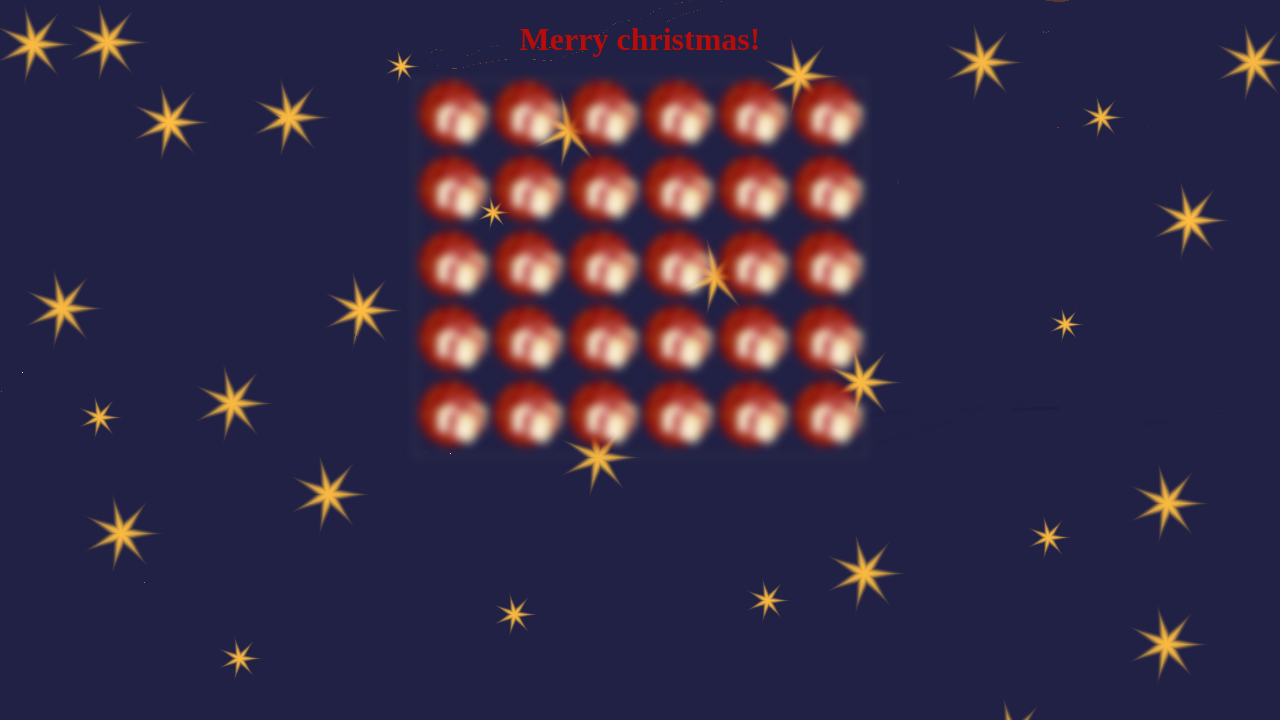
Repository: Angamanga/1dv403-laborationer
Page: 3-gameon/memory/index.html
The author's editor kept a record of every edit. The page is drawn from the files as they stood at one moment, then again after the next edit.
The browser window is 1280 px wide. The pictures show the whole page.
Some web fonts or font styles are not loaded; a fallback is used.

Above is the page before.

### 3-gameon/memory/index.html
<!doctype html>
<html lang="sv">

<head>
    <meta charset="utf-8" />
    <title>Game On!</title>
    <link href='//fonts.googleapis.com/css?family=Mountains+of+Christmas' rel='stylesheet' type='text/css'>
    <link rel="stylesheet" media="screen and (min-width:501px)" href="css/style.css">
    <link rel="stylesheet" media="screen and (max-width:500px)" href="css/mobile.css">
    <meta name="viewport" content="width=device-width, minimum-scale=1">



</head>

<body>
    <main>
        <h1>Merry christmas!</h1>

            <div id="game1"></div>
            <!--<div id="game2"></div>-->


    </main>
     <script src="js/random.js"></script>
     <script src="js/brick.js"></script>
    <script src="js/memory.js"></script>
    <script src="js/script.js"></script>
</body>
</html>

### 3-gameon/memory/css/style.css
/*@media screen and (min-width: 501px)*/
body{
    font-family: 'Mountains of Christmas', cursive;
    background:url(christmassy.png);
    background-color:#E6C79C;
    color:#B80C09;
}

main{
    max-width:960px;

    margin:auto;
    text-align:center;
}
#game1{
     background:url(christmassy.png)
     -webkit-filter: blur(5px);
  -moz-filter: blur(5px);
  -o-filter: blur(5px);
  -ms-filter: blur(5px);
  filter: blur(5px);
     overflow:hidden;
    background:
    margin:20px;
    margin:0 auto;
    border: 1px dotted grey;
}

#game2{

    margin:0 auto;
    border: 1px dotted grey;
}
#game1 > div, #game2>div{
    float:left;
    width:75px;
    height:75px
}

/*#game1, #game2 > div{*/
/*    background: url(/pics/back.jpg) no-repeat;*/
/*}*/

### 3-gameon/memory/js/random.js

var RandomGenerator = {

	/*
		Denna metod tar antalet rader och columner som inparameter.

		Metoden returnerar en array inneh�llandes utslumpade tal mellan 1 och (rows*cols)/2. Varje tal representeras tv�
		g�nger och motsvarar s�ledes en spelbricka.

		I en 4*4 matris kan Arrayen t.ex. se ut s� h�r:
		[1,2,6,8,6,2,5,3,1,3,7,5,8,4,4,7]

		I en 2*4 matris kan Arrayen t.ex. se ut s� h�r:
		[3,4,4,1,2,1,2,3]
	*/

	getPictureArray: function(rows, cols)
	{
		var numberOfImages = rows*cols;
		var maxImageNumber = numberOfImages/2;

	   	var imgPlace = [];

	   //Utplacering av bilder i Array
	   for(var i=0; i<numberOfImages; i++)
		  imgPlace[i] = 0;

		for(var currentImageNumber=1; currentImageNumber<=maxImageNumber; currentImageNumber++)
		{
			var imageOneOK = false;
			var imageTwoOK = false;

			do
			{
				if(imageOneOK == false)
				{
					var randomOne = Math.floor( (Math.random() * (rows*cols-0) + 0) );

					if( imgPlace[randomOne] == 0 )
					{
						imgPlace[randomOne] = currentImageNumber;
						imageOneOK = true;
					}
				}

				if(imageTwoOK == false)
				{
					var randomTwo = Math.floor( (Math.random() * (rows*cols-0) + 0) );

					if( imgPlace[randomTwo] == 0 )
					{
						imgPlace[randomTwo] = currentImageNumber;
						imageTwoOK = true;
					}
				}
			}
			while(imageOneOK == false || imageTwoOK == false);
		}

		return imgPlace;
	}
}

### 3-gameon/memory/js/brick.js
"use strict";
function Brick(id){

	this.getBrickID = function(){
		return id;
	};
	this.getBrickSrc= function(){
		return "pics/" + id +".png";
	}


	}

### 3-gameon/memory/js/memory.js
"use strict";

var Memory = function(rows, cols, gameID) {
    this.rows = rows; // antal rader
    this.cols = cols; // antal kolumner
    this.gameID = gameID; //hanvisning till div id
    this.order = RandomGenerator.getPictureArray(rows, cols); //array med slumpade nummer
    this.bricks = []; //array med brickor som ska anvandas
    this.flippedBricks = [];
    this.counter = 0;
    this.nbCorrectGuesses = 0;
    this.classID;
    this.nbGuesses = 0;

};

Memory.prototype.flipBrick = function(n, backImage) {
        if (this.counter === 0) {
            this.flippedBricks.push(this.bricks[n].getBrickID());
            this.classID = n;

            return this.bricks[n].getBrickSrc();
        }
        else if (this.counter === 1) {
            this.flippedBricks.push(this.bricks[n].getBrickID());
            return this.bricks[n].getBrickSrc();
        }
    }
    //         else if(this.counter===1){
    //             backImage.src = this.bricks[n].getBrickSrc();
    //             this.brick2=this.bricks[n].getBrickID();
    //           var brick1=document.getElementsByClassName(this.classID);
    //         //     if(this.brick1.getBrickID()===this.brick2.getBrickID()){
    //         //     this.nbCorrectGuesses+2;
    //         //     if(this.nbCorrectGuesses===this.bricks.length){
    //         //     alert("Du klarade det pa " +this.nbCorrectGuesses/2+" gissningar!");
    //         //  }
    //         // else{
    //      setTimeout(function() {
    //         backImage.src = "pics/back.png";
    //         brick1.backImage.src="pics/back.png";
    //      }, 700);
    //      this.counter=0;

//     //     }
//     //   };

//             }
//         }.bind(this);


//   };

Memory.prototype.addBricks = function(n) {
    var memBoard = document.getElementById(this.gameID);
    memBoard.style.width=(this.cols*75+"px");
    memBoard.style.height=(this.rows*75+"px");
    var a = document.createElement("a");
    var backImage = document.createElement("img");
    var div = document.createElement("div");
    a.setAttribute("href", "#");
    backImage.setAttribute("class", n);
    backImage.src = "pics/back.png";
    memBoard.appendChild(div);
    div.appendChild(a);
    a.appendChild(backImage);

    a.onclick = function(e) {
        console.log(this.nbCorrectGuesses);
        if (this.counter === 0) {
            backImage.src = this.flipBrick(n);
            this.counter = 1;
            this.nbGuesses += 1;
            }
        else if (this.counter === 1) {
            backImage.src = this.flipBrick(n);
            if (this.flippedBricks[0] === this.flippedBricks[1]) {
                this.nbCorrectGuesses += 2;
                    if (this.nbCorrectGuesses === this.bricks.length) {
                        alert("You won the game! You needed " + this.nbGuesses + " to finish the game!");
                    }
            }
            else {
                    setTimeout(function() {
                        backImage.src = "pics/back.png";
                        var firstBrick = memBoard.getElementsByClassName(this.classID)[0];
                     firstBrick.src="pics/back.png";
                        }.bind(this), 700);
                    }
                this.flippedBricks=[];
                this.counter=0;
                }

    }.bind(this);

};

Memory.prototype.start = function() {
    //skapar brickor med slumpade id:n och lagger dom i arrayen bricks.
    for (var i = 0; i < this.order.length; i++) {
        this.bricks[i] = new Brick(this.order[i]);
    }
    //lagger ut brickorna pa sidan
    for (var j = 0; j < this.bricks.length; j++) {
        this.addBricks(j);
    }
};

### 3-gameon/memory/js/script.js
"use strickt";
var MemoryApp = {
   init: function(){
      var mem1 = new Memory(5,6,"game1");
      //var mem2 = new Memory(4,3,"game2");
      mem1.start();
      //mem2.start();
   }
};

window.onload=MemoryApp.init();

### 3-gameon/memory/css/mobile.css
/*@media screen and (max-width: 500px)*/
body{
    font-family: 'Mountains of Christmas', cursive;
    background-color:#E6C79C;
    color:#143109;
}
main{
    max-width:90%;
    background-color:#B80C09;
    margin:auto;
    text-align:center;
}

After the next edit:
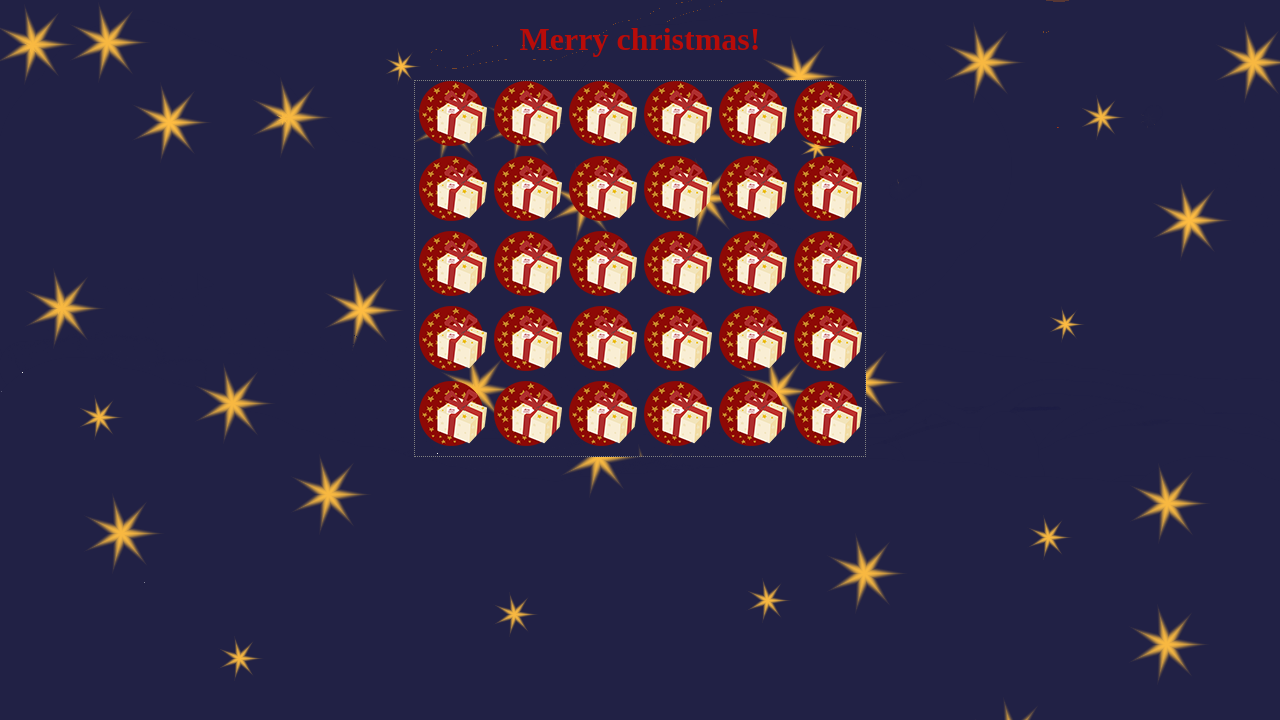
The edit:
--- a/3-gameon/memory/css/style.css
+++ b/3-gameon/memory/css/style.css
@@ -13,13 +13,8 @@
     text-align:center;
 }
 #game1{
-     background:url(christmassy.png)
-     -webkit-filter: blur(5px);
-  -moz-filter: blur(5px);
-  -o-filter: blur(5px);
-  -ms-filter: blur(5px);
-  filter: blur(5px);
-     overflow:hidden;
+    background:url(christmassy.png);
+    overflow:hidden;
     background:
     margin:20px;
     margin:0 auto;
